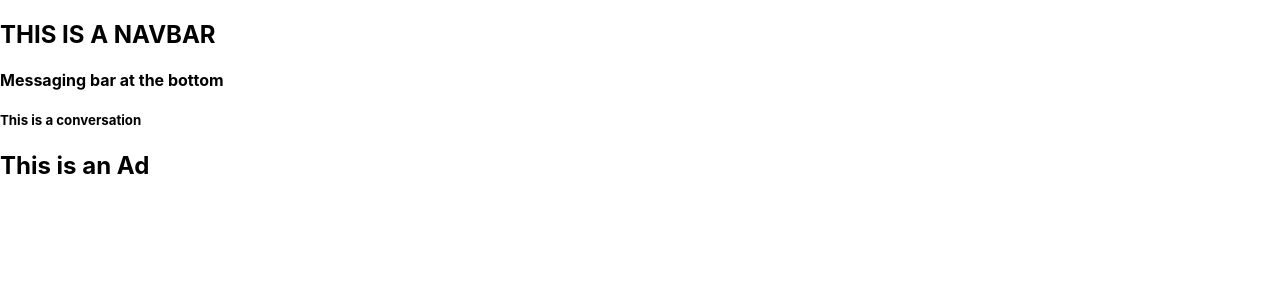
Repository: react-for-web-developers/03-react-components
Page: / (app in exercises/linkedin/)
The author's editor kept a copy of each file at every save. The page is drawn from the files as they stood at one save, then again after a run of saves.
The browser window is 1280 px wide. The pictures show the whole page.
The project was rebuilt for these pictures with package versions that can differ from the ones it lists, and the page was loaded fresh each time. Also part of the build but not shown: exercises/linkedin/src/App.css.

Above is the page before, as saved 2021-10-13 23:08:12.

### exercises/linkedin/src/App.js
import './App.css';
import NavBar from './components/NavBar';
import Messaging from './components/Messaging';
import Ads from './components/Ads';
import Posts from './components/Posts';

function App() {
  return (
    <div>
      <NavBar/>
      <Messaging/>
      <Ads/>
    </div>
  );
}

export default App;

### exercises/linkedin/src/components/NavBar.js
import React from 'react'

export default function NavBar() {
    return (
        <div>
            <h2>THIS IS A NAVBAR</h2>
        </div>
    )
}

### exercises/linkedin/src/components/Messaging.js
import React from 'react'
import Conversation from './Conversation'


export default function Messaging() {
    return (
        <div>
            <h4>Messaging bar at the bottom</h4>
            <Conversation/>
        </div>
    )
}

### exercises/linkedin/src/components/Ads.js
import React from 'react'

export default function Ads() {
    return (
        <div>
            <h2>This is an Ad</h2>
        </div>
    )
}

### exercises/linkedin/src/components/Conversation.js
import React from 'react'

export default function Conversation() {
    return (
        <div>
            <h5>This is a conversation</h5>
        </div>
    )
}

### exercises/linkedin/src/components/Posts.js
import React from 'react'

export default function Posts() {
    return (
        <div>
            <h2>This is a posts list</h2>
        </div>
    )
}

Loaded but not shown: exercises/linkedin/public/index.html (common file); exercises/linkedin/src/index.js (common file); exercises/linkedin/src/index.css (common file); exercises/linkedin/src/reportWebVitals.js (common file)

After the next 4 saves:
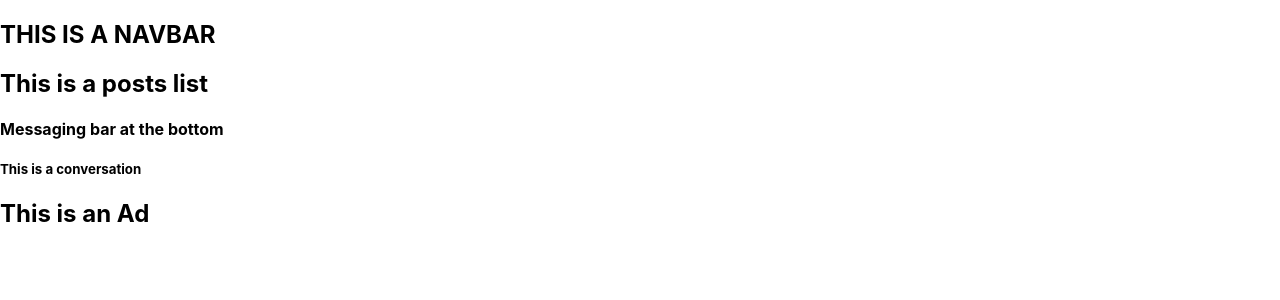
The 4 saves are shown as one change because they came seconds apart.
The last was saved 15 s later.
--- a/exercises/linkedin/src/App.js
+++ b/exercises/linkedin/src/App.js
@@ -8,6 +8,7 @@ function App() {
   return (
     <div>
       <NavBar/>
+      <Posts/>
       <Messaging/>
       <Ads/>
     </div>
